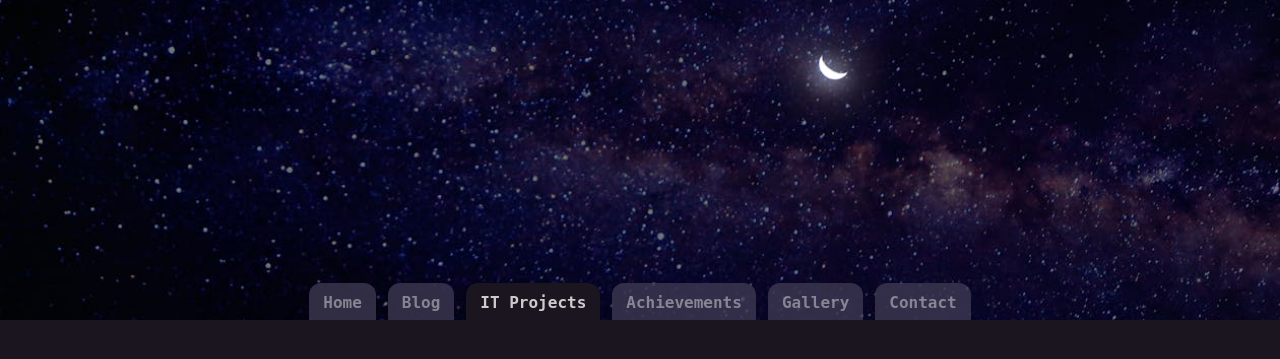
Repository: JMauve2233248/JiajyStudio
Page: Blog.html
The author's editor kept a copy of each file at every save. The page is drawn from the files as they stood at one save, then again after the next save.
The browser window is 1280 px wide. The pictures show the whole page.

Above is the page before, as saved 2026-03-04 21:11:26.

After the next save:
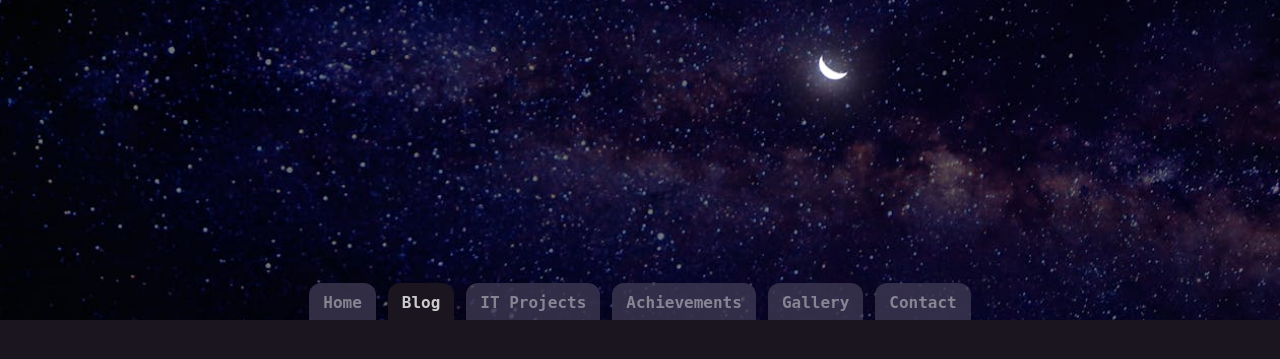
Saved 15 s later.
--- a/Blog.html
+++ b/Blog.html
@@ -14,8 +14,8 @@
 
         <nav class="tabs">
             <a class="tab" href="Home.html">Home</a>
-            <a class="tab" href="Blog.html">Blog</a>
-            <a class="tab active" href="ITprojects.html">IT Projects</a>
+            <a class="tab active" href="Blog.html">Blog</a>
+            <a class="tab" href="ITprojects.html">IT Projects</a>
             <a class="tab" href="Achievement.html">Achievements</a>
             <a class="tab" href="Gallery.html">Gallery</a>
             <a class="tab" href="Contact.html">Contact</a>
